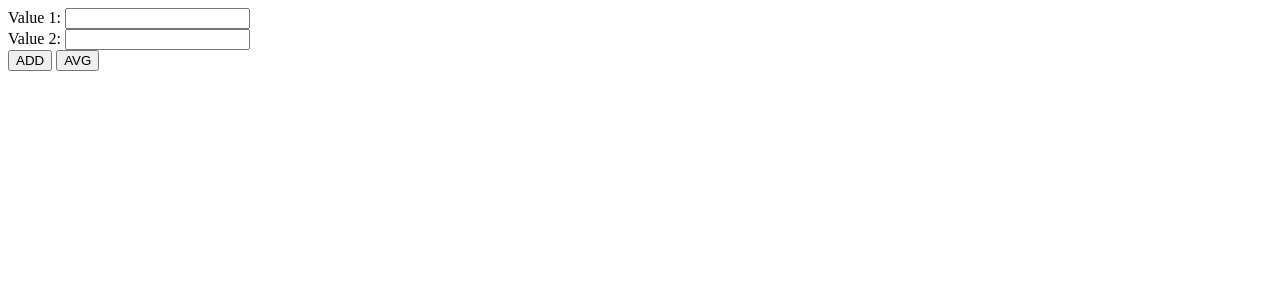
Repository: VASADUNESH/ADV_JAVA-JDBC-SERVLET-JSP
Page: ServletProject4/src/main/webapp/user.html
The author's editor kept a copy of each file at every save. The page is drawn from the files as they stood at one save, then again after the next save.
The browser window is 1280 px wide. The pictures show the whole page.

Above is the page before, as saved 2025-02-06 06:27:17.

After the next save:
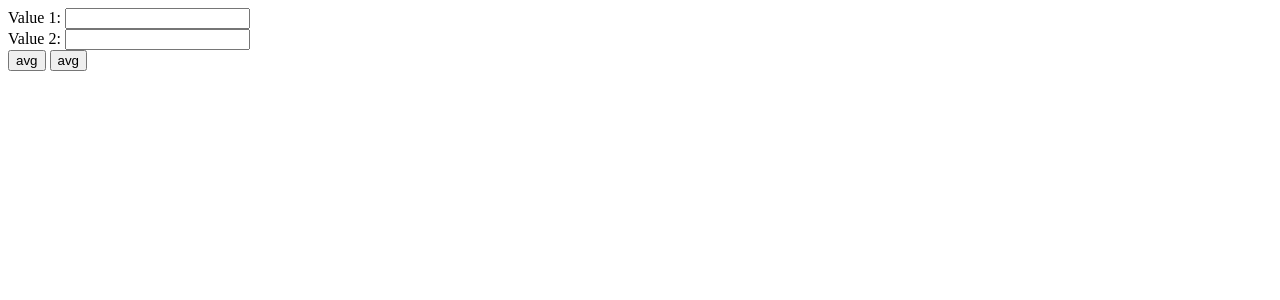
Saved 2 min 9 s later.
--- a/ServletProject4/src/main/webapp/user.html
+++ b/ServletProject4/src/main/webapp/user.html
@@ -9,8 +9,8 @@
 
 	Value 1: <input type="number" name="v1" /> <br/>
 	Value 2: <input type="number" name="v2" /> <br/>
-	<button name="s1" value="add">ADD</button>
-	<button name="s1" value="avg">AVG</button>
+	<input name="s1" value="avg" type="submit">
+	<input  name="s1" value="avg" type="submit">
 
 	</form>
 </body>
